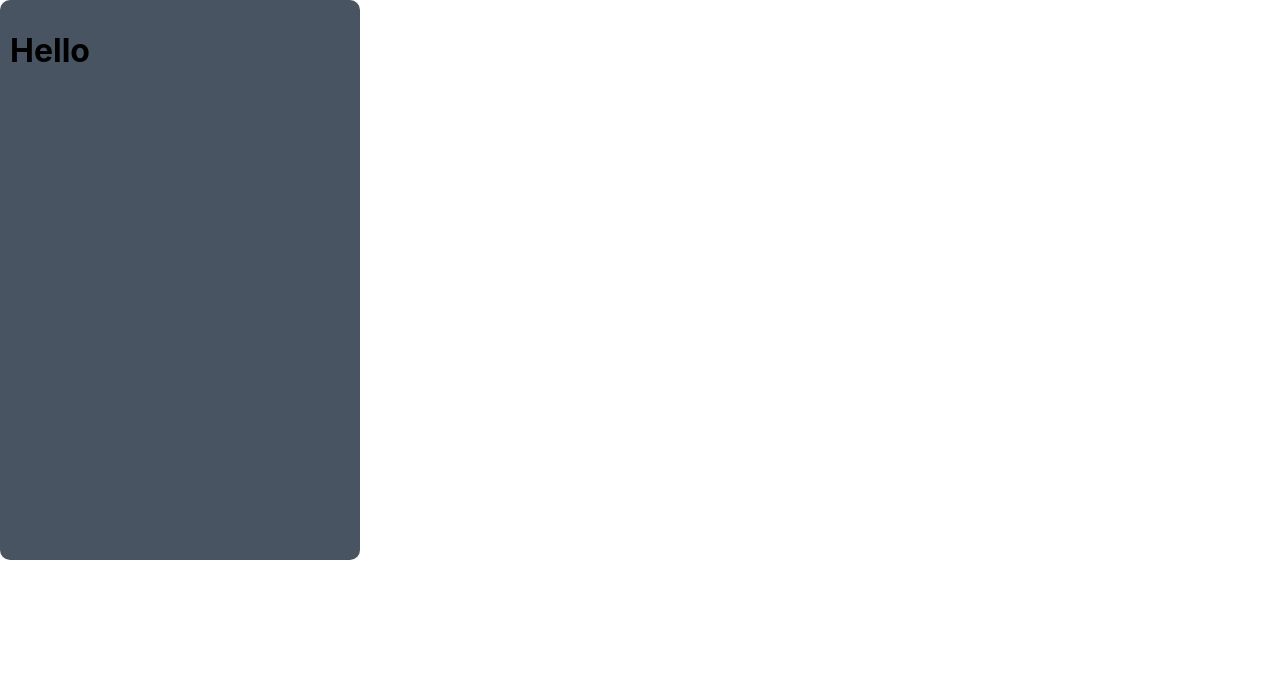
Repository: qudos4real/calculator
Page: /
The author's editor kept a copy of each file at every save. The page is drawn from the files as they stood at one save, then again after the next save.
The browser window is 1280 px wide. The pictures show the whole page.
The project was rebuilt for these pictures with package versions that can differ from the ones it lists, and the page was loaded fresh each time.

Above is the page before, as saved 2022-10-08 16:39:27.

After the next save:
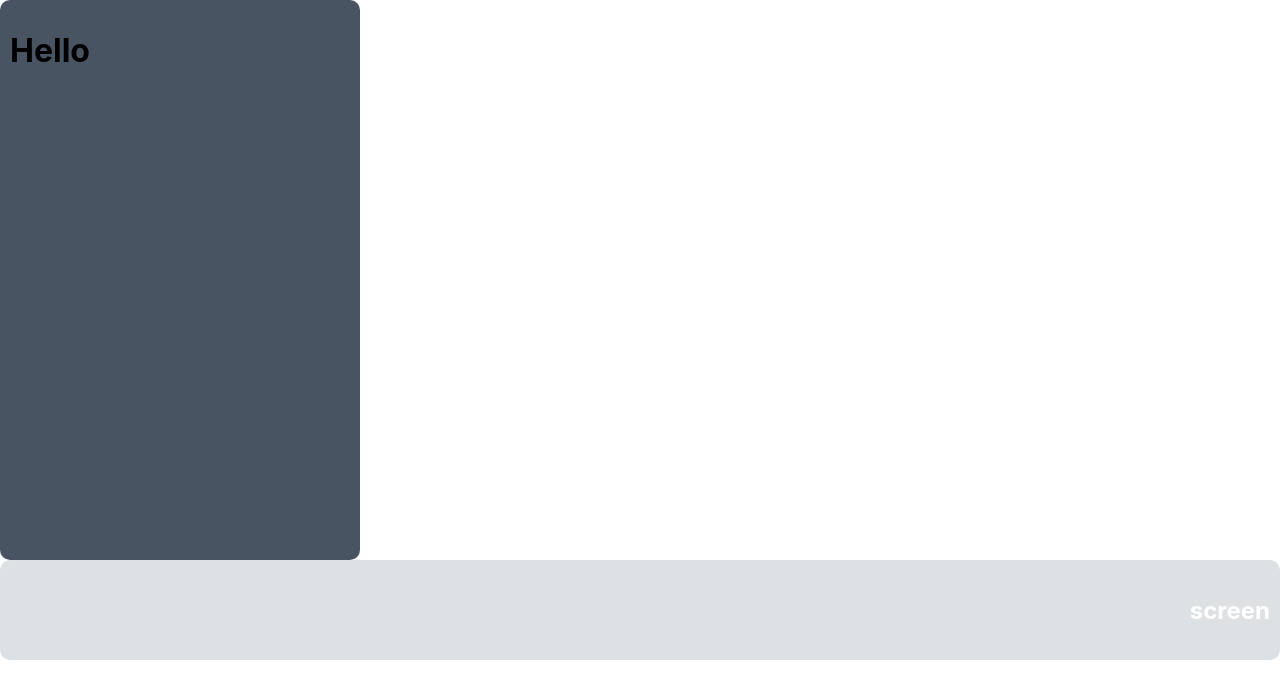
Saved 3 min 28 s later.
--- a/src/App.js
+++ b/src/App.js
@@ -7,8 +7,8 @@
   return (
     <div>
       <Wrapper>
+      </Wrapper>
       <Display />
-      </Wrapper>
     </div>
   );
 }

After the save that followed:
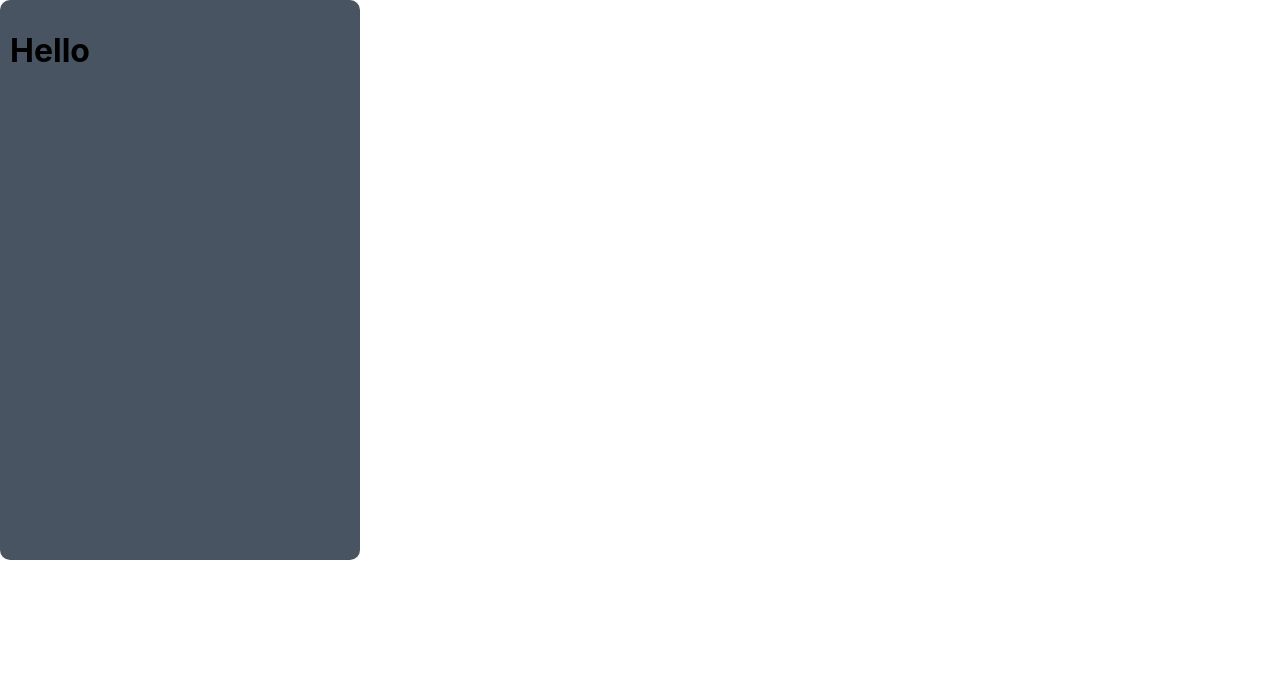
Saved 16 s later.
--- a/src/App.js
+++ b/src/App.js
@@ -7,8 +7,8 @@
   return (
     <div>
       <Wrapper>
+      <Display />
       </Wrapper>
-      <Display />
     </div>
   );
 }
